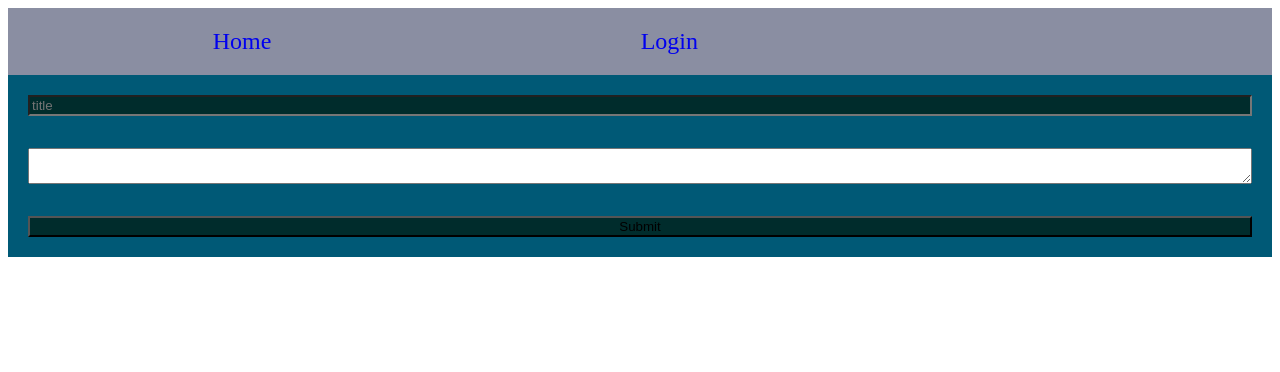
Repository: albinsabu2023/postapp
Page: /createpost
These files come from the project's save history. The page is drawn as it stood at one moment and after the next save; the edit follows.
The browser window is 1280 px wide. The pictures show the whole page.
The project was rebuilt for these pictures with package versions that can differ from the ones it lists, and the page was loaded fresh each time. Also part of the build but not shown: src/Components/Home.tsx, src/Components/Login.tsx.

Above is the page before, as saved 2024-02-05 11:22:06.

After the next save:
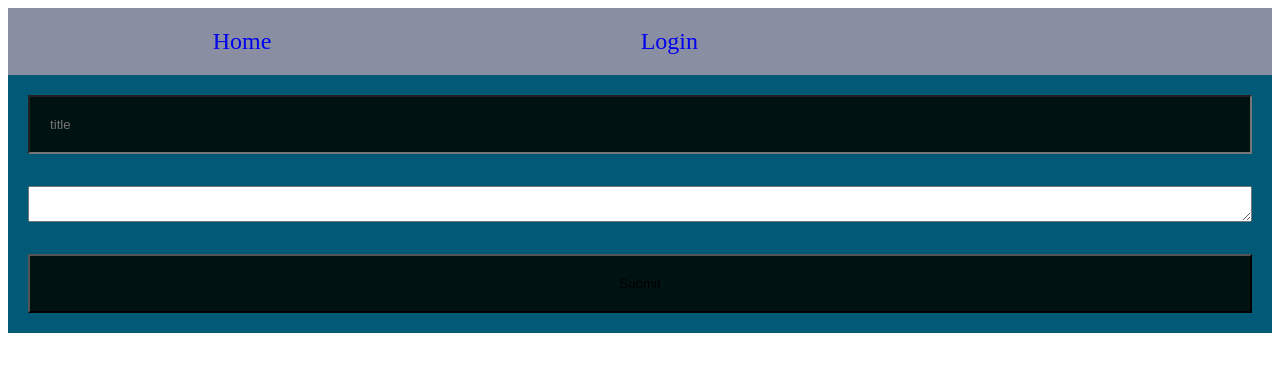
Saved 8 s later.
--- a/src/create-post/CreateForm.css
+++ b/src/create-post/CreateForm.css
@@ -6,5 +6,6 @@ form{
 
 }
 form input{
-    background-color: rgb(0, 44, 44);
+    background-color: rgb(0, 18, 18);
+    padding: 20px;
 }
